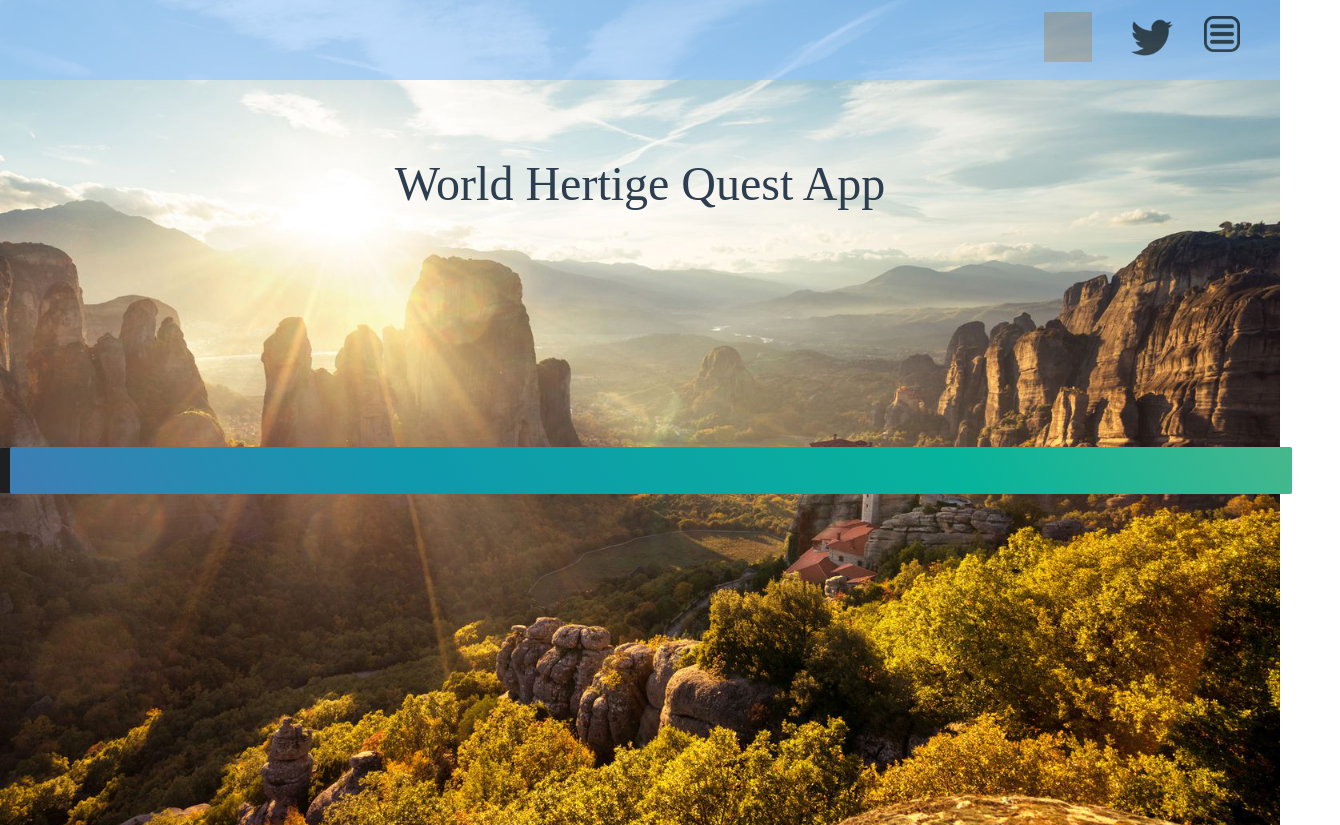
Repository: hashiz008/World-Heritage-Travel-App
Page: /
The author's editor kept a copy of each file at every save. The page is drawn from the files as they stood at one save, then again after the next save.
The browser window is 1280 px wide. The page is 1292 px wide, then 1340 px, so the pictures cover 1340 px, including what lies to the right of the window. The pictures show the whole page.
Pictures or frames that could not be fetched are drawn as grey boxes. Some web fonts or font styles are not loaded; a fallback is used. The project was rebuilt for these pictures with package versions that can differ from the ones it lists, and the page was loaded fresh each time. Also part of the build but not shown: vue.config.js.

Above is the page before, as saved 2022-01-25 11:35:53.

### src/App.vue
<template>
    <div id="nav"></div>
    <router-view />
</template>

<style>
#app {
    font-family: Avenir, Helvetica, Arial, sans-serif;
    -webkit-font-smoothing: antialiased;
    -moz-osx-font-smoothing: grayscale;
    text-align: center;
    color: #2c3e50;
}

#nav {
    padding: 30px;
}

#nav a {
    font-weight: bold;
    color: #2c3e50;
}

#nav a.router-link-exact-active {
    color: #42b983;
}
</style>

### src/router/index.ts
import { createRouter, createWebHistory, RouteRecordRaw } from 'vue-router'
import TopPage from '../views/TopPage.vue'

const routes: Array<RouteRecordRaw> = [
  {
    path: '/',
    name: 'TopPage',
    component: TopPage
  },
  {
    path: '/mainPage',
    name: 'MainPage',
    // route level code-splitting
    // this generates a separate chunk (about.[hash].js) for this route
    // which is lazy-loaded when the route is visited.
    component: () => import(/* webpackChunkName: "about" */ '../views/MainPage.vue')
  }
]

const router = createRouter({
  history: createWebHistory(process.env.BASE_URL),
  routes
})

export default router

### src/views/TopPage.vue
<template>
    <div class="backImgDiv">
        <div class="backImg">
            <div class="menu bg-blue-300 opacity-60 pr-10 flex justify-end">
                <input id="nav-input" type="checkbox" class="input invisible" />
                <div
                    class="rounded-full hover:bg-blue-100 hover:opacity-80 w-14 h-14 mt-1 mr-7 pt-2 pl-2"
                >
                    <a href="https://github.com/hashiz008"
                        ><img
                            class="cursor-pointer githubIcon"
                            src="../img//githubIcon.png"
                            alt="githubIcon"
                    /></a>
                </div>
                <div
                    class="rounded-full hover:bg-blue-100 hover:opacity-80 w-14 h-14 mr-7 mt-1 pt-2 pl-2"
                >
                    <a href="https://twitter.com/hashiz008"
                        ><img
                            class="cursor-pointer twitterIcon"
                            src="../img//twitterIcon2.png"
                            alt="twitter"
                    /></a>
                </div>
                <label for="nav-input"
                    ><img
                        class="cursor-pointer mt-4 w-9 h-9"
                        src="../img/menuIcon.png"
                        alt="menuIcon"
                /></label>
                <div class="detail pt-10 text-white">
                    <h2 class="text-4xl">世界遺産探検アプリの紹介</h2>
                    <p class="pt-5 text-2xl">
                        このアプリは好きな数字を入力してshowボタンを押すと世界遺産の画像と名前、国名が表示されます。
                    </p>
                    <p class="pt-5 text-2xl">
                        また,それと連動してGoogleMapにピンポイントでその遺産がある場所にMarkerされます。そしてダウンロードボタンを押すと画像がダウンロードされます。
                    </p>
                    <ul class="pt-5">
                        <li class="text-2xl">ヨーロッパ編: 0~10</li>
                        <li class="text-2xl">アメリカ編: 11~20</li>
                        <li class="text-2xl">アジア編: 21~30</li>
                    </ul>
                    <p class="text-2xl pt-3">
                        いずれデータを追加する予定です。
                    </p>
                </div>
            </div>
            <div class="titleDiv flex justify-center pt-40">
                <h1 class="title text-5xl">World Hertige Quest App</h1>
            </div>
            <div class="startBtn startBtns flex justify-center">
                <!-- <router-link
                    class="shadow-2xl text-white hover:opacity-70 hover:border-blue-800 hover:bg-blue-600 rounded-full py-2 px-4 border-2 border-blue-500"
                    to="/mainPage"
                    >さあ、世界の旅の始まりですよ！</router-link
                > -->
                <router-link class="router shadow-2xl text-white" to="/mainPage"
                    >さあ、世界の旅の始まりですよ！</router-link
                >
            </div>
        </div>
    </div>
</template>

<script>
// @ is an alias to /src
export default {
    name: "Home",
};
</script>

<style scoped="lang">
@import url("https://fonts.googleapis.com/css2?family=M+PLUS+2:wght@700&family=Playfair+Display:wght@500&display=swap");
@import url("https://fonts.googleapis.com/css?family=Raleway:200");
.backImgDiv {
    margin-top: -60px;
}
.backImg {
    background-image: url("../assets/startPage.png");
    background-repeat: no-repeat;
    background-size: cover;
    background-position: center center;
    width: 100%;
    height: 825px;
}
.menu {
    position: fixed;
    width: 100%;
    height: 80px;
}
.detail {
    width: 100%;
    height: 100%;
    position: fixed;
    left: 0;
    margin-top: 80px;
    display: none;
    background-color: #112129;
    animation: detail 2s;
}
@keyframes detail {
    0% {
        transform-origin: bottom;
        transform: scaleY(0);
    }
}
#nav-input:hover ~ .detail {
    display: block;
}
#input:hover ~ .titleDiv {
    display: none;
}
.titleDiv {
    animation: title 2s;
}
@keyframes title {
    0% {
        transform: rotate(0deg);
    }
    100% {
        transform: rotate(360deg);
    }
}
.title {
    font-family: "Libre Baskerville", serif;
}
.githubIcon {
    width: 50px;
    height: 50px;
}
.twitterIcon {
    width: 50px;
    height: 50px;
}
.startBtn {
    font-size: 30px;
    margin-top: 15rem;
}
.startBtn {
     --borderWidth: 1px;
     background: #1d1f20;
     position: relative;
     border-radius: var(--borderWidth);
}
.startBtn:after {
    content: "";
    position: absolute;
    top: calc(-1 * var(--borderWidth));
    left: calc(10 * var(--borderWidth));
    height: calc(100% + var(--borderWidth) * 2);
    width: calc(100% + var(--borderWidth) * 2);
    background: linear-gradient(
        60deg,
        #f79533,
        #f37055,
        #ef4e7b,
        #a166ab,
        #5073b8,
        #1098ad,
        #07b39b,
        #6fba82
    );
    border-radius: calc(2 * var(--borderWidth));
    z-index: 1;
    animation: animatedgradient 3s ease alternate infinite;
    background-size: 300% 300%;
}

@keyframes animatedgradient {
    0% {
        background-position: 0% 50%;
    }
    50% {
        background-position: 100% 50%;
    }
    100% {
        background-position: 0% 50%;
    }
}
</style>

Loaded but not shown: src/main.ts (common file); src/index.css (common file); tailwind.config.js (common file)

After the next save:
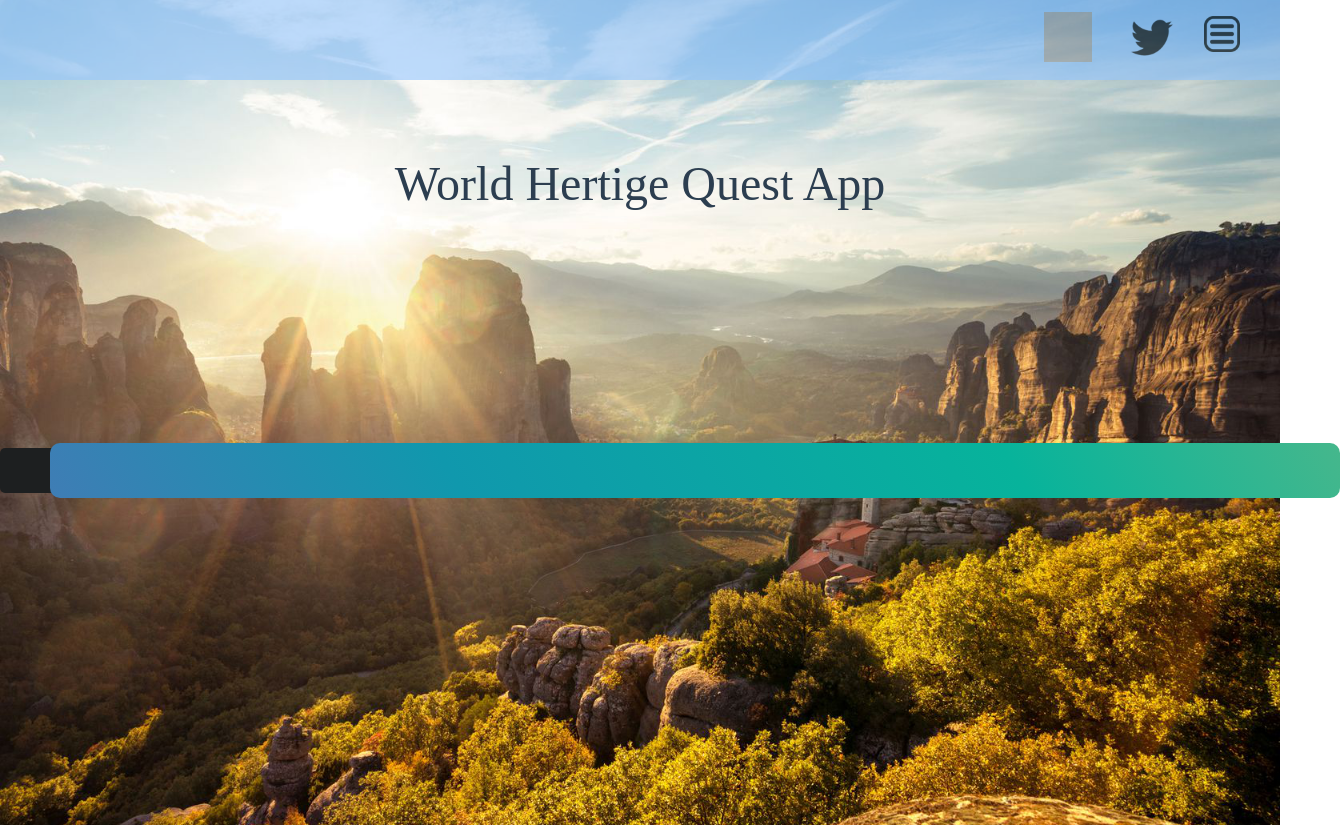
Saved 6 s later.
--- a/src/views/TopPage.vue
+++ b/src/views/TopPage.vue
@@ -139,7 +139,7 @@ export default {
     margin-top: 15rem;
 }
 .startBtn {
-     --borderWidth: 1px;
+     --borderWidth: 5px;
      background: #1d1f20;
      position: relative;
      border-radius: var(--borderWidth);
